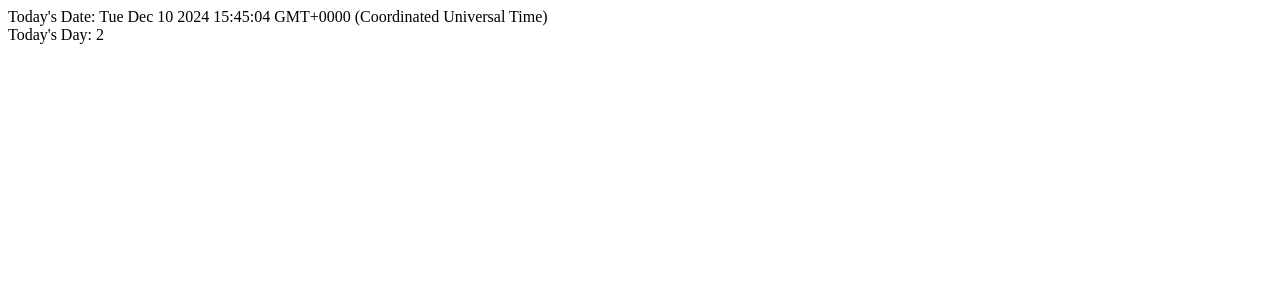
Repository: not-midozayn/JavaScript-Practice
Page: html-css-js-bootstrap labs solutions/CSTD lab 5/3.html
The author's editor kept a copy of each file at every save. The page is drawn from the files as they stood at one save, then again after the next save.
The browser window is 1280 px wide. The pictures show the whole page.

Above is the page before, as saved 2025-05-18 20:54:13.

### html-css-js-bootstrap labs solutions/CSTD lab 5/3.html
<!DOCTYPE html>
<html lang="en">
<head>

    <title>3</title>
</head>
<body>
    <script>
        // var Days = ["Sunday","Monday","Tuesday","Wednesday","thursday","Friday","saturday"]
        var today = new Date();
        var day = today.getDay();
        document.write(`Today's Date: ${today}</br>Today's Day: ${day}<br>`);
        // document.write(Days[day]);
    </script>
</body>
</html>

After the next save:
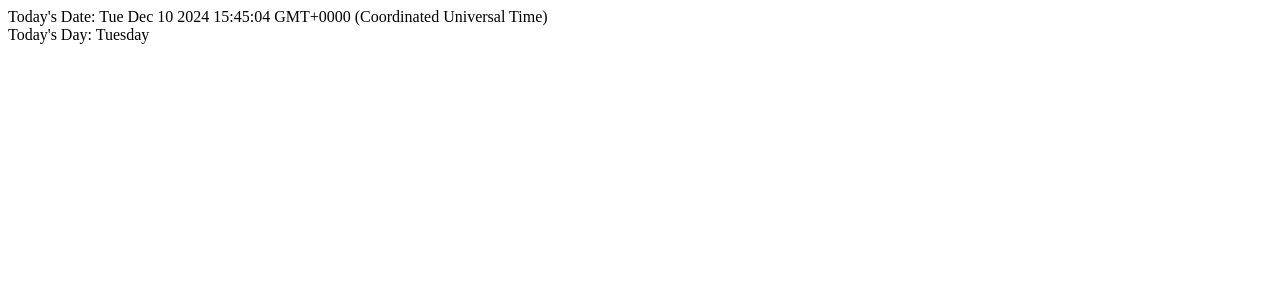
Saved 2 h 28 min later.
--- a/html-css-js-bootstrap labs solutions/CSTD lab 5/3.html
+++ b/html-css-js-bootstrap labs solutions/CSTD lab 5/3.html
@@ -8,7 +8,7 @@
     <script>
         // var Days = ["Sunday","Monday","Tuesday","Wednesday","thursday","Friday","saturday"]
         var today = new Date();
-        var day = today.getDay();
+        var day = today.toLocaleDateString("en-US", { weekday: "long" });
         document.write(`Today's Date: ${today}</br>Today's Day: ${day}<br>`);
         // document.write(Days[day]);
     </script>
